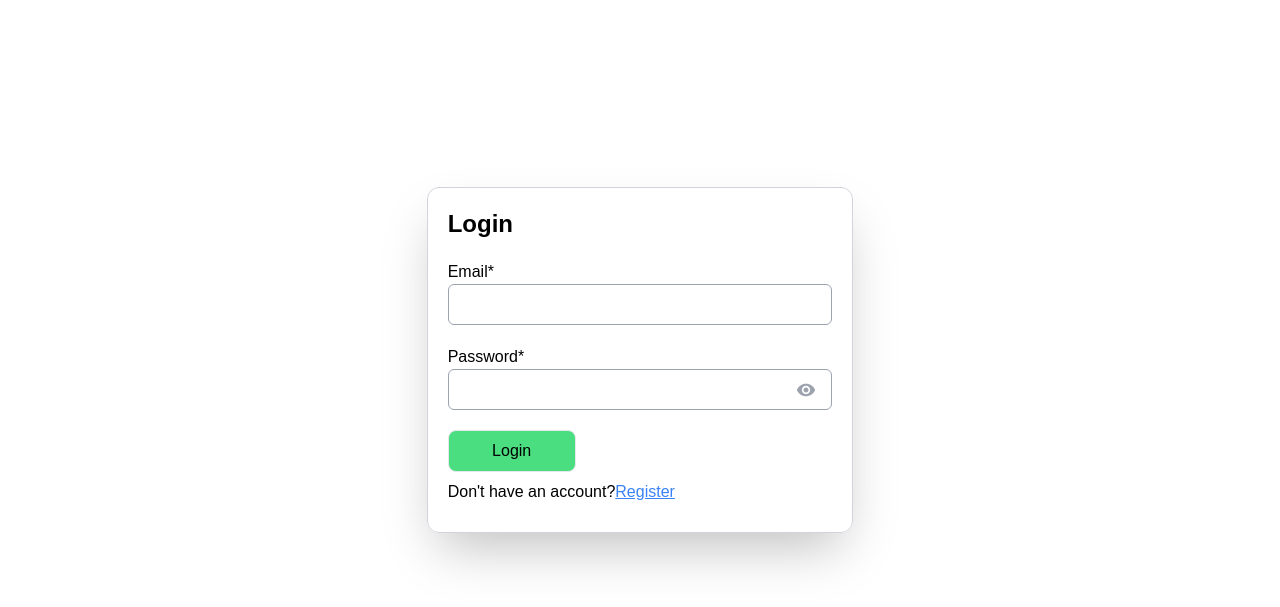
Repository: Qu4ntumGuy/support-ai
Page: /auth (app in frontend/)
The author's editor kept a copy of each file at every save. The page is drawn from the files as they stood at one save, then again after the next save.
The browser window is 1280 px wide. The pictures show the whole page.
The project was rebuilt for these pictures with package versions that can differ from the ones it lists, and the page was loaded fresh each time.

Above is the page before, as saved 2024-07-13 21:24:44.

### frontend/src/index.css
@tailwind base;
@tailwind components;
@tailwind utilities;

@import url("https://fonts.googleapis.com/css2?family=Poppins:ital,wght@0,100;0,200;0,300;0,400;0,500;0,600;0,700;0,800;0,900;1,100;1,200;1,300;1,400;1,500;1,600;1,700;1,800;1,900&display=swap");

:root {
  font-family: "Poppins", sans-serif;
  color-scheme: light;
}

### frontend/src/App.js
import React, { Suspense } from "react";
import { Route, Routes } from "react-router-dom";
import { BrowserRouter } from "react-router-dom";

const Home = React.lazy(() => import("./Pages/Home/Home"));
const Auth = React.lazy(() => import("./Pages/Auth/Auth"));

function App() {
  return (
    <>
      <BrowserRouter>
        <Suspense fallback={<div>Loading...</div>}>
          <Routes>
            <Route path="/" exact element={<Home />} />
            <Route path="/auth" exact element={<Auth />} />
          </Routes>
        </Suspense>
      </BrowserRouter>
    </>
  );
}

export default App;

### frontend/src/Pages/Auth/Auth.js
import React from "react";
import { Link } from "react-router-dom";
import VisibilityIcon from "@mui/icons-material/Visibility";
import VisibilityOffIcon from "@mui/icons-material/VisibilityOff";

function Auth() {
  const [email, setEmail] = React.useState("");
  const [password, setPass] = React.useState("");
  const [showPassword, setShowPassword] = React.useState(false);
  const [loading, setLoading] = React.useState(false);

  const loginHandler = async (e) => {
    e.preventDefault();
    setLoading(true);
    const res = await fetch("http://localhost:8000/api/login", {
      method: "POST",
      headers: {
        "Content-Type": "application/json",
      },
      body: JSON.stringify({ email, password }),
    });
    const data = await res.json();
    console.log(data);
    setLoading(false);
  };

  return (
    <div className="flex h-screen justify-center items-center">
      <div className="border border-gray-300 rounded-xl p-5 w-full md:w-1/2 m-5 shadow-2xl xl:w-1/3 2xl:w-[30%]">
        <div className="text-2xl mb-5 font-semibold">Login</div>
        <div>
          <form>
            <div>
              <label>Email*</label>
              <input
                type="text"
                className=" hover:border-gray-500 border bg-inherit focus:outline-none  border-gray-400 w-full p-[2%] rounded-md mb-5"
                name="email"
                required
                onChange={(e) => setEmail(e.target.value)}
                value={email}
              />
            </div>
            <div>
              <label>Password*</label>
              <div className="flex border hover:border-gray-500 focus:outline-none justify-between border-gray-400 w-full p-[2%] rounded-md mb-5 ">
                <input
                  type={showPassword ? "text" : "password"}
                  className="focus:outline-none w-full bg-inherit"
                  name="password"
                  required
                  onChange={(e) => setPass(e.target.value)}
                  value={password}
                />
                <div
                  onClick={() => setShowPassword(!showPassword)}
                  className="cursor-pointer px-2 text-gray-400"
                >
                  {showPassword ? (
                    <VisibilityOffIcon fontSize="small" />
                  ) : (
                    <VisibilityIcon fontSize="small" />
                  )}
                </div>
              </div>
            </div>
            <button className="w-32 border bg-green-400 p-2 rounded-lg hover:bg-green-500">
              {loading ? "Loading..." : "Login"}
            </button>
          </form>
          <div className="flex my-2">
            <div>Don&apos;t have an account? </div>
            <Link to="/auth/register" className="text-blue-500 underline">
              Register
            </Link>
          </div>
        </div>
      </div>
    </div>
  );
}

export default Auth;

Loaded but not shown: frontend/public/index.html (common file); frontend/src/index.js (common file); frontend/src/reportWebVitals.js (common file); frontend/tailwind.config.js (common file)

After the next save:
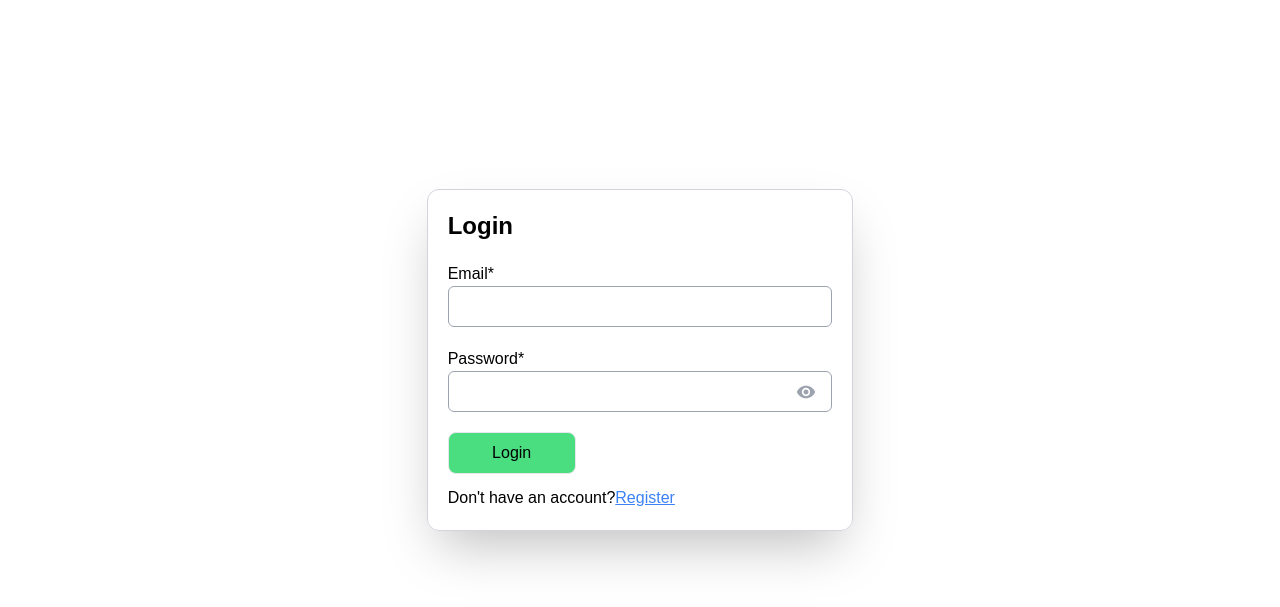
Saved 5 s later.
--- a/frontend/src/Pages/Auth/Auth.js
+++ b/frontend/src/Pages/Auth/Auth.js
@@ -68,7 +68,7 @@ function Auth() {
               {loading ? "Loading..." : "Login"}
             </button>
           </form>
-          <div className="flex my-2">
+          <div className="flex mt-3">
             <div>Don&apos;t have an account? </div>
             <Link to="/auth/register" className="text-blue-500 underline">
               Register
